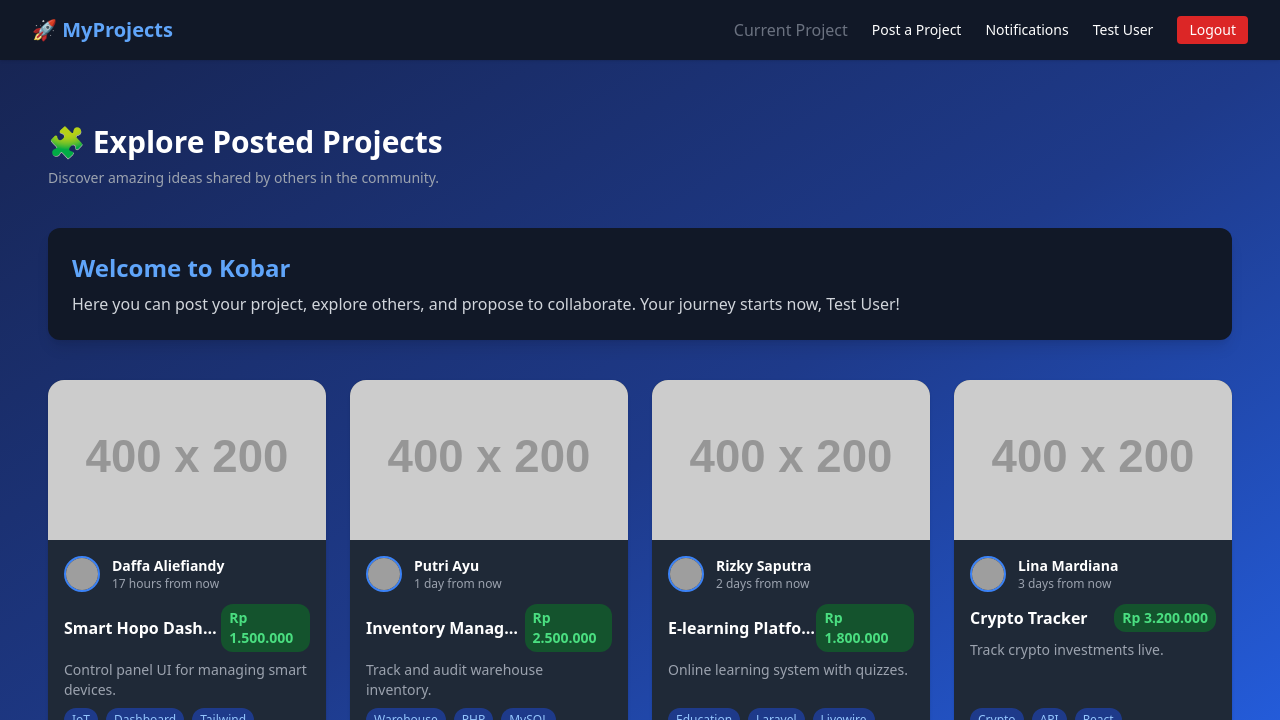
Repository: daffa-alif/kobar
Page: http://localhost/dashboard
An editor plug-in stored every save of this project. The page is shown before and after the next save, followed by the edit.
The browser window is 1280 px wide. The pictures show the whole page.
Pictures or frames that could not be fetched are drawn as grey boxes. Some web libraries are served in a nearby version. The page is served by the project's Laravel application, run on PHP 8.4 with Laravel 12. A made-up administrator, Test User (test@example.com), is signed in. Other server files are loaded and not shown.

Above is the page before, as saved 2025-04-05 00:58:30.

### routes/web.php
<?php

use Illuminate\Support\Facades\Route;
use App\Http\Controllers\AuthController;


Route::get('/register', [AuthController::class, 'showRegisterForm'])->name('register');
Route::post('/register', [AuthController::class, 'register']);

Route::get('/login', [AuthController::class, 'showLoginForm'])->name('login');
Route::post('/login', [AuthController::class, 'login']);

Route::middleware('auth')->group(function () {
    Route::get('/dashboard', function () {
        return view('dashboard');
    })->name('dashboard');

    Route::post('/logout', [AuthController::class, 'logout'])->name('logout');
});

Route::get('/logout', [AuthController::class, 'logout'])->name('logout');

Route::get('/', function () {
    return view('welcome');
});

### app/Models/User.php
<?php

namespace App\Models;

use Illuminate\Database\Eloquent\Factories\HasFactory;
use Illuminate\Foundation\Auth\User as Authenticatable;
use Illuminate\Notifications\Notifiable;
use Illuminate\Database\Eloquent\Concerns\HasUuids;
use Illuminate\Support\Str;

class User extends Authenticatable
{
    use HasFactory, Notifiable, HasUuids;

    protected $keyType = 'string'; // Pastikan primary key adalah string
    public $incrementing = false; // Nonaktifkan auto-increment ID

    protected $fillable = [
        'name', 'profile_picture', 'email', 'password',
    ];

    protected $hidden = [
        'password', 'remember_token',
    ];

    protected $casts = [
        'email_verified_at' => 'datetime',
    ];

    // ✅ Tambahkan boot method untuk UUID
    protected static function boot()
    {
        parent::boot();

        static::creating(function ($model) {
            if (empty($model->{$model->getKeyName()})) {
                $model->{$model->getKeyName()} = (string) Str::uuid();
            }
        });
    }
}

### resources/views/dashboard.blade.php
@extends('layouts.app')

@section('content')


<div class="max-w-7xl mx-auto px-4 py-10">
    <div class="mb-10">
        <h1 class="text-3xl font-bold text-white">🧩 Explore Posted Projects</h1>
        <p class="text-gray-400 text-sm mt-2">Discover amazing ideas shared by others in the community.</p>
    </div>

    <div class="mb-10">
        <div class="bg-gray-900 rounded-xl p-6 shadow-lg">
            <h2 class="text-2xl font-semibold text-blue-400">Welcome to Kobar</h2>
            <p class="text-gray-300 mt-2">Here you can post your project, explore others, and propose to collaborate. Your journey starts now, {{ Auth::user()->name }}!</p>
        </div>
    </div>

    @php
        $projects = [
            [
                'title' => 'Smart Hopo Dashboard',
                'description' => 'Control panel UI for managing smart devices.',
                'posted_by' => 'Daffa Aliefiandy',
                'posted_at' => '2025-04-01 14:32',
                'avatar' => 'https://i.pravatar.cc/100?img=3',
                'tags' => ['IoT', 'Dashboard', 'Tailwind'],
                'price' => 1500000
            ],
            [
                'title' => 'Inventory Management',
                'description' => 'Track and audit warehouse inventory.',
                'posted_by' => 'Putri Ayu',
                'posted_at' => '2025-04-02 09:12',
                'avatar' => 'https://i.pravatar.cc/100?img=5',
                'tags' => ['Warehouse', 'PHP', 'MySQL'],
                'price' => 2500000
            ],
            [
                'title' => 'E-learning Platform',
                'description' => 'Online learning system with quizzes.',
                'posted_by' => 'Rizky Saputra',
                'posted_at' => '2025-04-03 18:05',
                'avatar' => 'https://i.pravatar.cc/100?img=7',
                'tags' => ['Education', 'Laravel', 'Livewire'],
                'price' => 1800000
            ],
            [
                'title' => 'Crypto Tracker',
                'description' => 'Track crypto investments live.',
                'posted_by' => 'Lina Mardiana',
                'posted_at' => '2025-04-04 10:22',
                'avatar' => 'https://i.pravatar.cc/100?img=12',
                'tags' => ['Crypto', 'API', 'React'],
                'price' => 3200000
            ],
        ];
    @endphp

    <div class="grid grid-cols-2 sm:grid-cols-2 lg:grid-cols-3 xl:grid-cols-4 gap-6">
        @foreach ($projects as $project)
            <div class="bg-gray-800 rounded-2xl shadow hover:shadow-xl transition duration-300 flex flex-col">
                <img src="https://via.placeholder.com/400x200?text=Project+Image"
                     alt="Project Image"
                     class="rounded-t-2xl w-full h-40 object-cover">

                <div class="p-4 flex flex-col flex-1">
                    <div class="flex items-center gap-3 mb-3">
                        <img src="{{ $project['avatar'] }}" alt="Avatar"
                             class="w-9 h-9 rounded-full border-2 border-blue-500">
                        <div>
                            <p class="text-sm text-white font-semibold">{{ $project['posted_by'] }}</p>
                            <p class="text-xs text-gray-400">{{ \Carbon\Carbon::parse($project['posted_at'])->diffForHumans() }}</p>
                        </div>
                    </div>

                    <div class="flex justify-between items-center mb-2">
                        <h2 class="text-md font-bold text-white truncate">{{ $project['title'] }}</h2>
                        <span class="text-sm text-green-400 font-semibold bg-green-900 px-2 py-1 rounded-xl">
                            Rp {{ number_format($project['price'], 0, ',', '.') }}
                        </span>
                    </div>

                    <p class="text-sm text-gray-400 mb-2 line-clamp-2">{{ $project['description'] }}</p>

                    <div class="flex flex-wrap gap-2 mt-auto">
                        @foreach ($project['tags'] as $tag)
                            <span class="text-xs bg-blue-900 text-blue-300 px-2 py-1 rounded-full font-medium">{{ $tag }}</span>
                        @endforeach
                    </div>

                    <div class="mt-4">
                        <button class="w-full bg-blue-600 hover:bg-blue-700 text-white font-semibold py-2 px-4 rounded-xl transition duration-300">
                            📬 Propose
                        </button>
                    </div>
                </div>
            </div>
        @endforeach
    </div>
</div>




@endsection

### resources/views/layouts/app.blade.php
<!DOCTYPE html>
<html lang="en">
<head>
    <meta charset="UTF-8">
    <title>@yield('title', 'My App')</title>
    <meta name="viewport" content="width=device-width, initial-scale=1">

    <!-- Tailwind CSS CDN -->
    <script src="https://cdn.tailwindcss.com"></script>
</head>
<style>
    body, html {
        margin: 0;
        padding: 0;
        width: 100%;
        height: 100%;
        overflow: hidden;
    }

    #bg-canvas {
        position: absolute;
        top: 0;
        left: 0;
        z-index: -1;
    }

    .main {
        position: relative;
        min-height: 100vh;
        padding: 1.5rem 1rem;
        color: white;
        z-index: 1;
    }

    @media (min-width: 640px) {
        .main {
            padding: 1.5rem 1.5rem;
        }
    }

    @media (min-width: 1024px) {
        .main {
            padding: 2rem;
        }
    }

    .content {
        max-width: 1200px;
        margin: 0 auto;
        background-color: rgba(0, 0, 0, 0.2);
        padding: 2rem;
        border-radius: 0.5rem;
        backdrop-filter: blur(5px);
    }
</style>

<body class="bg-black text-white">
    <!-- Sticky Navbar -->
    <header class="bg-gray-900 shadow sticky top-0 z-50">
        <nav class="max-w-7xl mx-auto px-4 sm:px-6 lg:px-8 py-4 flex justify-between items-center">
            <!-- Left: Logo -->
            <div class="flex items-center gap-4">
                <a href="/" class="text-xl font-bold text-blue-400">🚀 MyProjects</a>
            </div>

            <!-- Desktop Menu -->
            <div class="hidden md:flex items-center gap-6">
                <a href="#" class="text-gray-500 cursor-not-allowed">Current Project</a>
                <a href="/projects/create" class="text-sm font-medium hover:text-blue-400">Post a Project</a>
                <a href="/notifications" class="text-sm font-medium hover:text-blue-400">Notifications</a>
                <a href="/profile" class="text-sm font-medium hover:text-blue-400">
                    {{ Auth::user()->name }}
                </a>

                <form method="POST" action="{{ route('logout') }}">
                    @csrf
                    <button type="submit" class="bg-red-600 hover:bg-red-700 text-white px-3 py-1 rounded text-sm font-medium">
                        Logout
                    </button>
                </form>
            </div>

            <!-- Mobile Toggle Button -->
            <div class="md:hidden">
                <button id="mobile-menu-toggle" class="text-white hover:text-blue-400 focus:outline-none">
                    ☰
                </button>
            </div>
        </nav>

        <!-- Mobile Dropdown -->
        <div id="mobile-menu" class="md:hidden max-h-0 overflow-hidden transition-all duration-700 ease-in-out bg-gray-800 px-4" style="will-change: max-height;">
            <div class="pt-2 pb-4">
                <a href="#" class="block text-gray-500 py-1 cursor-not-allowed">Current Project</a>
                <a href="/projects/create" class="block text-sm font-medium hover:text-blue-400 py-1">Post a Project</a>
                <a href="/notifications" class="block text-sm font-medium hover:text-blue-400 py-1">Notifications</a>
                <a href="/profile" class="block text-sm font-medium hover:text-blue-400 py-1">
                    {{ Auth::user()->name }}
                </a>
                <form method="POST" action="{{ route('logout') }}" class="pt-2">
                    @csrf
                    <button type="submit" class="w-full text-left text-sm text-white bg-red-600 hover:bg-red-700 px-3 py-2 rounded">
                        Logout
                    </button>
                </form>
            </div>
        </div>

    </header>

    <!-- Main Content -->
    <main class="min-h-screen py-6 px-4 sm:px-6 lg:px-8 bg-gradient-to-br from-blue-950 via-blue-900 to-blue-600">
        @yield('content')
    </main>

    <main class="main">
        <div class="content">
            @yield('content')
        </div>
    </main>

    <!-- JS for Mobile Toggle -->
    <script>
        const toggleBtn = document.getElementById('mobile-menu-toggle');
        const mobileMenu = document.getElementById('mobile-menu');

        let isOpen = false;

        toggleBtn.addEventListener('click', () => {
            if (!isOpen) {
                mobileMenu.classList.remove('max-h-0');
                mobileMenu.classList.add('max-h-[500px]');
                isOpen = true;
            } else {
                mobileMenu.classList.remove('max-h-[500px]');
                mobileMenu.classList.add('max-h-0');
                isOpen = false;
            }
        });
    </script>

    @if(Auth::check() && !session()->has('intro_shown'))
    @php session(['intro_shown' => true]); @endphp

    <div id="intro-welcome" class="fixed inset-0 bg-gradient-to-br from-black via-blue-900 to-black flex items-center justify-center z-50 text-white text-center text-3xl font-bold animate-fade-in">
        <p>👋 hello {{ Auth::user()->name }} <span class="text-blue-400">welcome to Kobar</span>!</p>
    </div>

    <script>
        window.addEventListener('DOMContentLoaded', () => {
            const intro = document.getElementById('intro-welcome');
            setTimeout(() => {
                intro.classList.add('opacity-0', 'pointer-events-none');
                setTimeout(() => intro.remove(), 1000);
            }, 3000);
        });
    </script>

    <style>
        @keyframes fadeIn {
            from { opacity: 0; transform: scale(0.98); }
            to { opacity: 1; transform: scale(1); }
        }

        .animate-fade-in {
            animation: fadeIn 1s ease-out forwards;
        }
    </style>
@endif


</body>
</html>

After the next save:
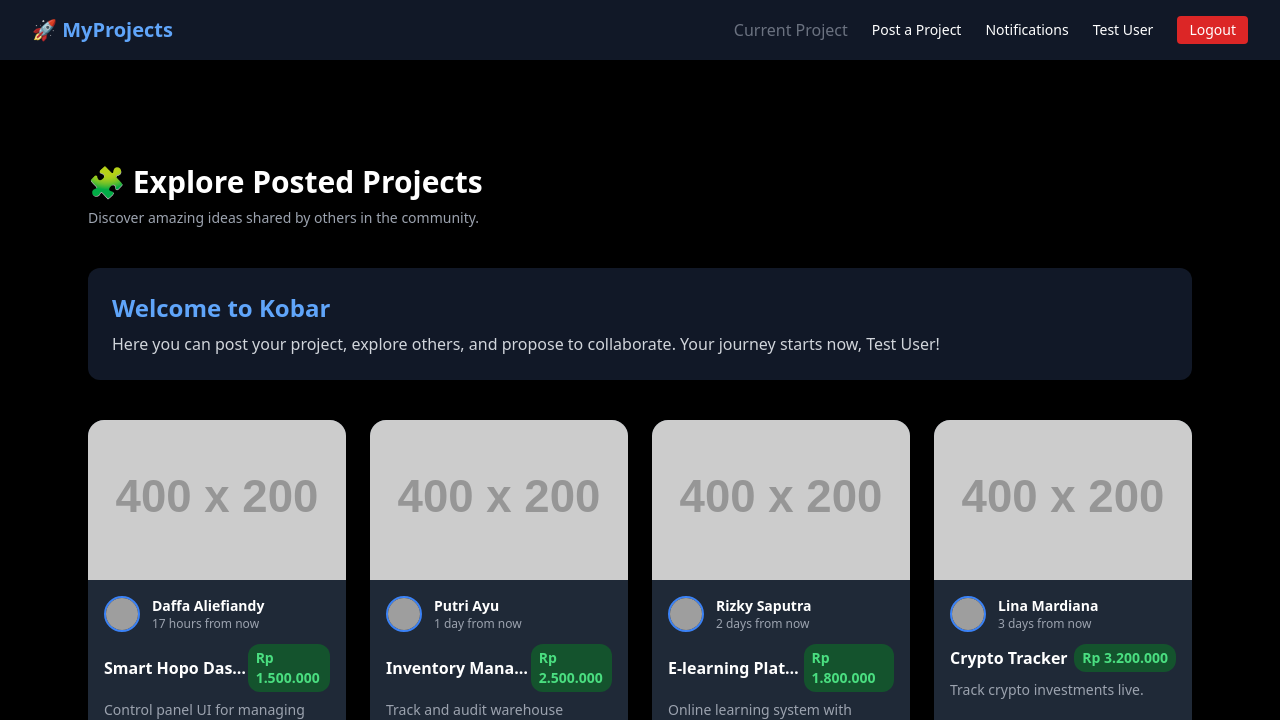
Saved 6 s later.
--- a/resources/views/layouts/app.blade.php
+++ b/resources/views/layouts/app.blade.php
@@ -109,11 +109,7 @@
     </header>
 
     <!-- Main Content -->
-    <main class="min-h-screen py-6 px-4 sm:px-6 lg:px-8 bg-gradient-to-br from-blue-950 via-blue-900 to-blue-600">
-        @yield('content')
-    </main>
-
-    <main class="main">
+        <main class="main">
         <div class="content">
             @yield('content')
         </div>
